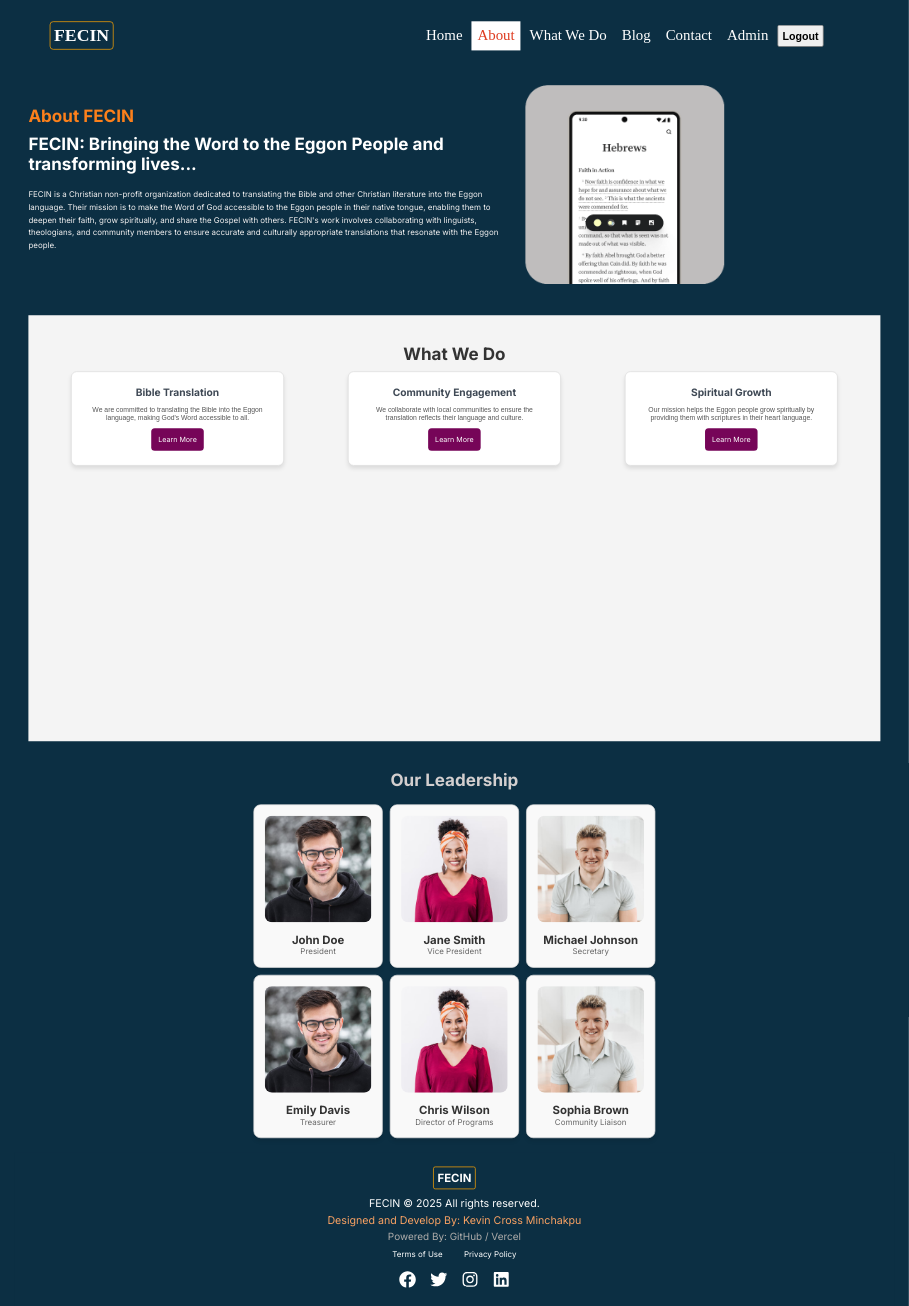
Repository: KCMinchakpu/fecin-projectgs497
Page: /about
The author's editor kept a copy of each file at every save. The page is drawn from the files as they stood at one save, then again after the next save.
The browser window is 1280 px wide. The pictures show the whole page, at 71% of full size.
The project was rebuilt for these pictures with package versions that can differ from the ones it lists, and the page was loaded fresh each time. The framework's server and built-in components were replaced by stand-ins that run in the browser. Also part of the build but not shown: next.config.mjs.

Above is the page before, as saved 2025-04-02 18:40:29.

After the next save:
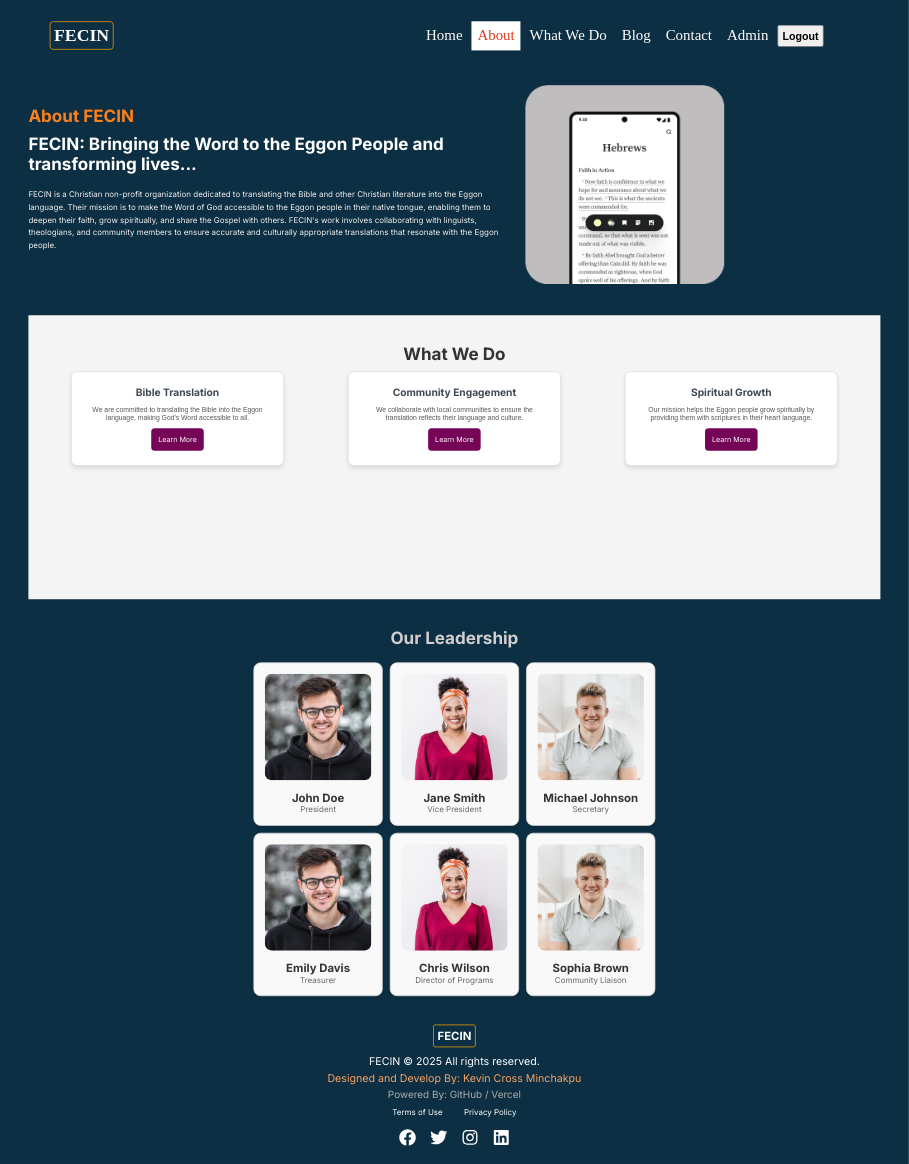
Saved 19 s later.
--- a/src/app/about/about.module.css
+++ b/src/app/about/about.module.css
@@ -62,7 +62,7 @@
   /* Features Section */
 .featuresContainer {
     width: 100%;
-    height: 600px; /* Adjust height as needed */
+    height: 400px; /* Adjust height as needed */
     padding: 40px 20px;
     background-color: #f4f4f4;
     text-align: center;
